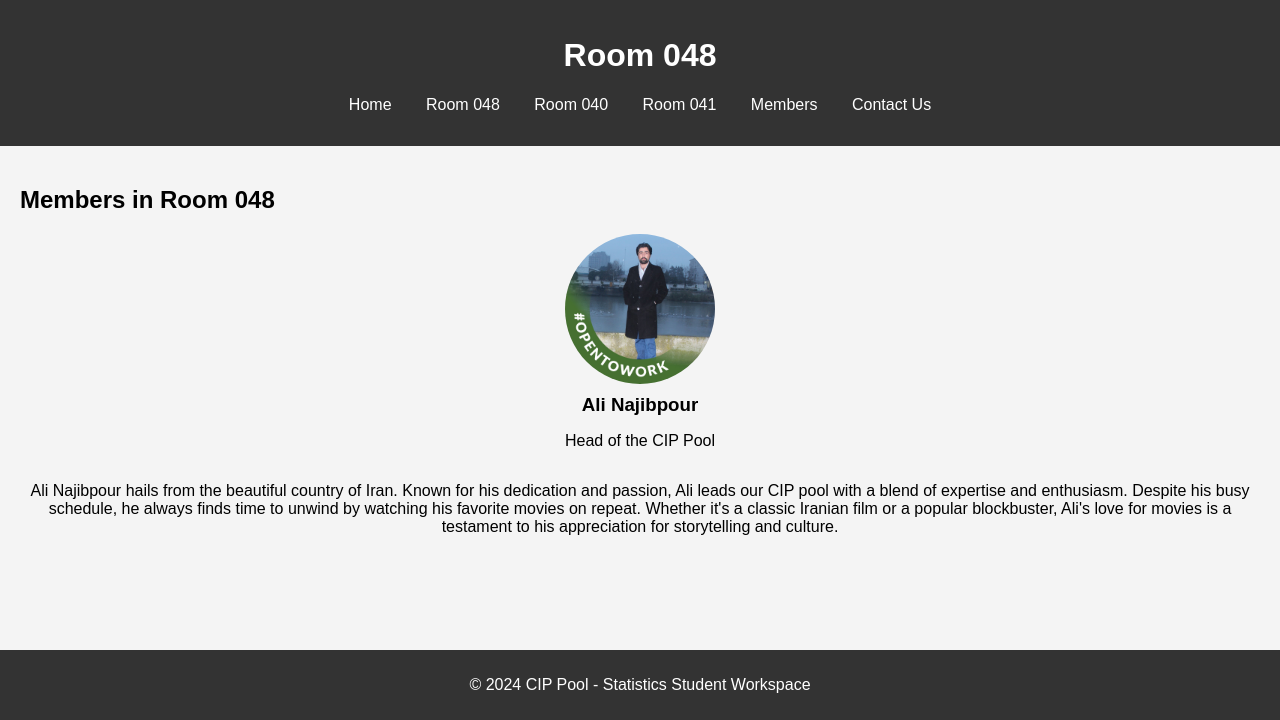
Repository: anjalisarawgi/cip_website
Page: room_048.html
These files come from the project's save history. The page is drawn as it stood at one moment and after the next save; the edit follows.
The browser window is 1280 px wide. The pictures show the whole page.

Above is the page before, as saved 2024-06-14 12:26:32.

After the next save:
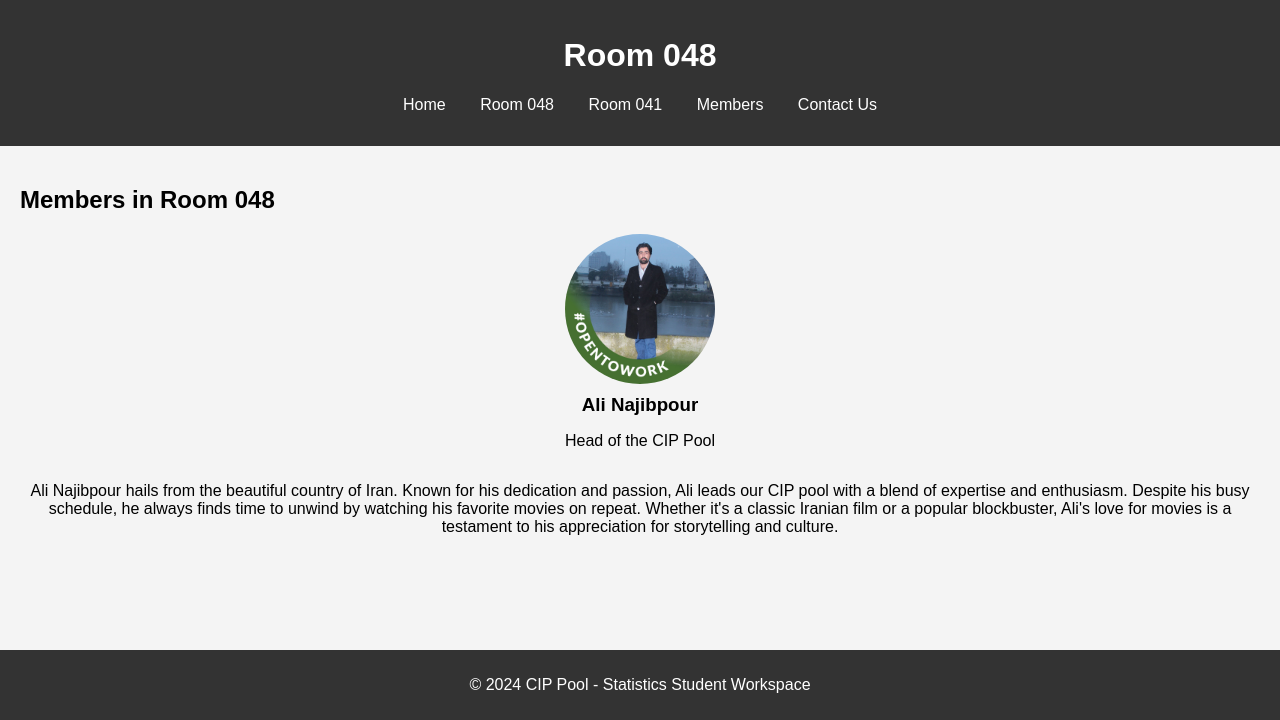
Saved 11 s later.
--- a/room_048.html
+++ b/room_048.html
@@ -13,7 +13,6 @@
             <ul>
                 <li><a href="index.html">Home</a></li>
                 <li><a href="room_048.html">Room 048</a></li>
-                <li><a href="room_040.html">Room 040</a></li>
                 <li><a href="room_041.html">Room 041</a></li>
                 <li><a href="members.html">Members</a></li>
                 <li><a href="contact.html">Contact Us</a></li>
